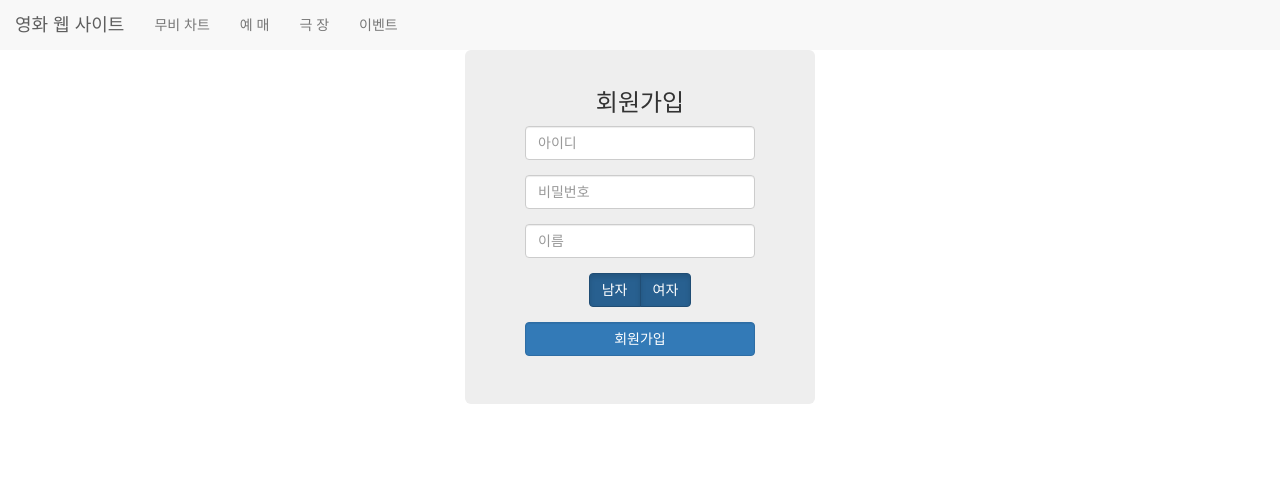
Repository: Gotaemin/java
Page: http://localhost/BBS/join.jsp
These files come from the project's save history. The page is drawn as it stood at one moment and after the next save; the edit follows.
The browser window is 1280 px wide. The pictures show the whole page.
Some web libraries are served in a nearby version. The page is served by Tomcat 9. Other server files are loaded and not shown.

Above is the page before, as saved 2020-03-04 12:11:22.

### BBS/BBS/WebContent/join.jsp
<%@ page language="java" contentType="text/html; charset=UTF-8" pageEncoding="UTF-8"%>
<!DOCTYPE html>
<html>
<head>
<meta charset="UTF-8">

<meta name="viewport" content="width=device-width",initial-scale="1">
<link rel="stylesheet" href="css/bootstrap.css">

<title>영화 웹 사이트</title>
</head>
<body>
	<script src="https://code.jquery.com/jquery-3.1.1.min.js"></script>
	<script src="js/bootstrap.js"></script>

	<nav class="navbr navbar-default">
		<div class="navbar-header">
			<a class="navbar-brand" href="MovieMain.jsp">영화 웹 사이트</a>

			<button type="button" class="navbar-toggle collapsed"
				data-toggle="collapse"
				data-target="#bs-example-navbar-collapse-1"
				aria-expanded="false">
				<span class="icon-bar"></span>
				<span class="icon-bar"></span>
				<span class="icon-bar"></span>
			</button>

		</div>


		<div class="collapse navbar-collapse" id="#bs-example-navbar-collapse-1">
			<ul class="nav navbar-nav">
				<li><a href="movieList.movie">무비 차트</a></li>
				<li><a href="#">예  매</a></li>
				<li><a href="#">극  장</a></li>
				<li><a href="#">이벤트</a></li>
			</ul>

		</div>
	</nav>




	<div class="container">
		<div class="col-lg-4" style="padding-top:40px;"></div>
		<div class="col-lg-4">
			<div class="jumbotron" style="padding-top:20px;">

				<form method="post" action ="login.user">
					<h3 style="text-align:center;">회원가입</h3>
					<div class="form-group">
						<input type="text" class="form-control" placeholder="아이디" name="userID" maxlength="20"/>
					</div>
					<div class="form-group">
						<input type="password" class="form-control" placeholder="비밀번호" name="userPassword" maxlength="20"/>
					</div>
					<div class="form-group">
						<input type="text" class="form-control" placeholder="이름" name="userPassword" maxlength="20"/>
					</div>
					<div class="form-group" style="text-align:center;">
						<div class="btn-group" data-toggle="buttons">
							<label class="btn btn-primary active">
								<input type="radio" name="userGender" autocomplete="off" value="남자" checked>남자
							</label>
							<label class="btn btn-primary active">
								<input type="radio" name="userGender" autocomplete="off" value="여자" checked>여자
							</label>
						</div>
					</div>
					<input type="submit" class="btn btn-primary form-control" value="회원가입">


				</form>
			</div>
		</div>
		<div class="col-lg-4"></div>
	</div>





</body>
</html>

Loaded but not shown: BBS/BBS/WebContent/css/bootstrap.css (library); BBS/BBS/WebContent/js/bootstrap.js (library)

After the next save:
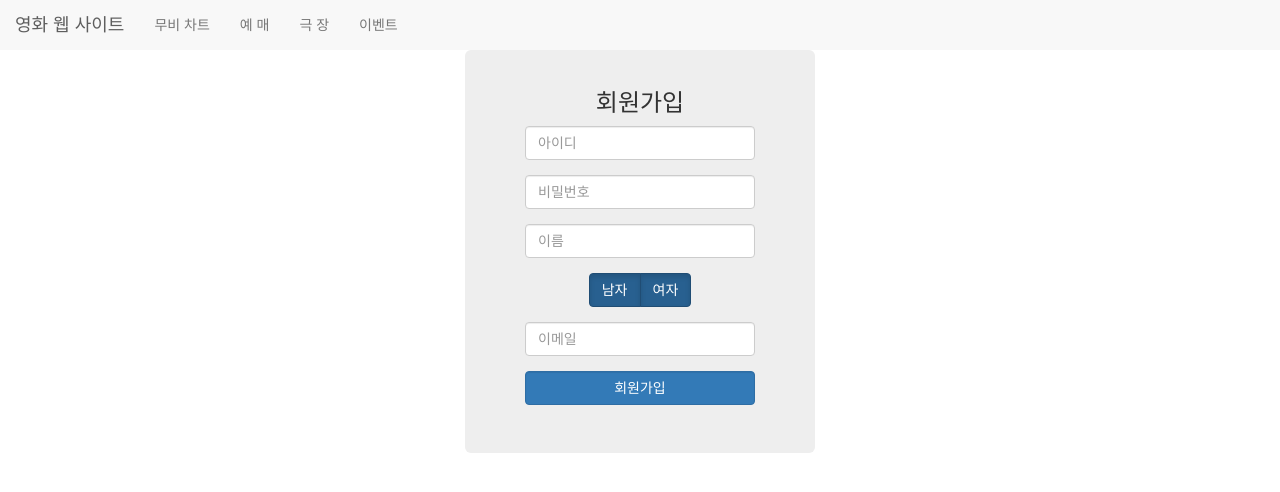
Saved 25 s later.
--- a/BBS/BBS/WebContent/join.jsp
+++ b/BBS/BBS/WebContent/join.jsp
@@ -50,6 +50,7 @@
 
 				<form method="post" action ="login.user">
 					<h3 style="text-align:center;">회원가입</h3>
+
 					<div class="form-group">
 						<input type="text" class="form-control" placeholder="아이디" name="userID" maxlength="20"/>
 					</div>
@@ -69,6 +70,9 @@
 							</label>
 						</div>
 					</div>
+					<div class="form-group">
+						<input type="text" class="form-control" placeholder="이메일" name="userEmail" maxlength="20"/>
+					</div>
 					<input type="submit" class="btn btn-primary form-control" value="회원가입">
 
 
